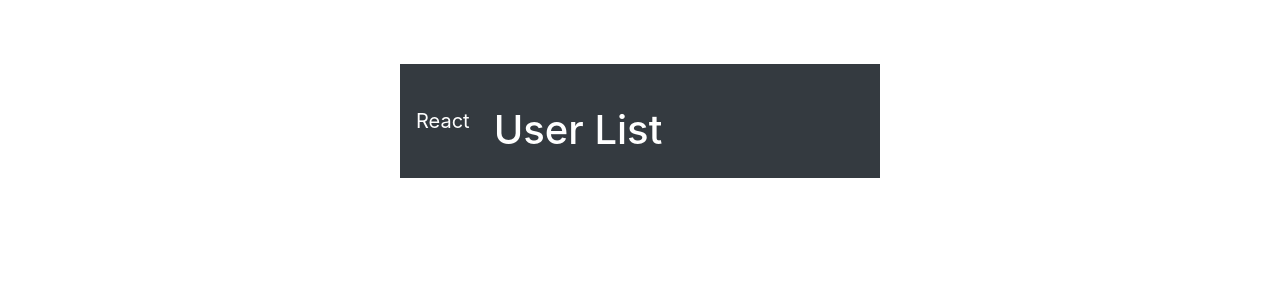
Repository: Abdaljawad-Aya/interview-task
Page: / (app in javascriptArray/test/)
An editor plug-in stored every save of this project. The page is shown before and after the next save, followed by the edit.
The browser window is 1280 px wide. The pictures show the whole page.
Some web libraries are served in a nearby version. The project was rebuilt for these pictures with package versions that can differ from the ones it lists, and the page was loaded fresh each time. Also part of the build but not shown: javascriptArray/test/src/compnents/AddUser.js, javascriptArray/test/src/compnents/EditUser.js. Imported but missing from the stored project, and not drawn on this page: javascriptArray/test/src/context/GlobalState.

Above is the page before, as saved 2021-03-10 20:14:37.

After the next save:
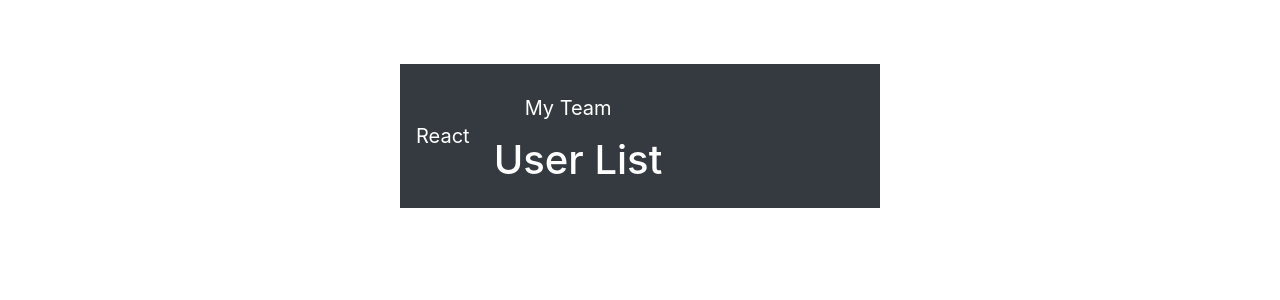
Saved 12 s later.
--- a/javascriptArray/test/src/compnents/Heading.js
+++ b/javascriptArray/test/src/compnents/Heading.js
@@ -7,7 +7,7 @@ export const Heading = () => {
     <div>
       <Navbar color="dark" dark>
         <Container>
-          <NavbarBrand href=""></NavbarBrand>
+          <NavbarBrand href="/">My Team</NavbarBrand>
         </Container>
       </Navbar>
     </div>
